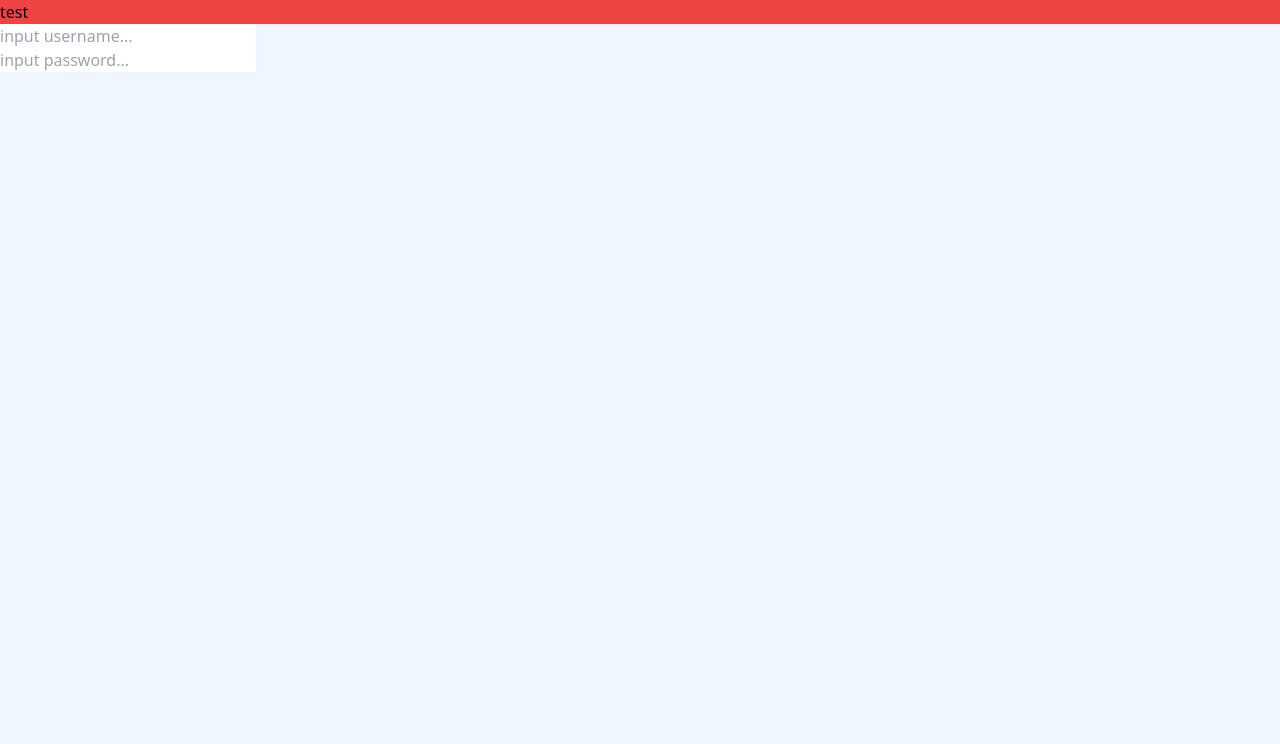
Repository: HAONANTAO/MERN_chat_app
Page: / (app in client/)
An editor plug-in stored every save of this project. The page is shown before and after the next save, followed by the edit.
The browser window is 1280 px wide. The pictures show the whole page.
The project was rebuilt for these pictures with package versions that can differ from the ones it lists, and the page was loaded fresh each time. Also part of the build but not shown: client/vite.config.js.

Above is the page before, as saved 2024-03-18 15:24:54.

### client/src/App.jsx
import Register from "./Register";

function App() {
  return (
    <>
      <div className="bg-red-500">test</div>
      <Register></Register>
    </>
  );
}

export default App;

### client/src/Register.jsx
import React from "react";

const Register = () => {
  return (
    <div className="bg-blue-50 h-screen">
      <form className="w-64">
        <input
          type="text"
          placeholder="input username..."
          className="block w-full"></input>
        <input
          type="password"
          placeholder="input password..."
          className="block w-full"></input>
      </form>
    </div>
  );
};

export default Register;

### client/tailwind.config.js
/** @type {import('tailwindcss').Config} */
export default {
  content: ["./src/*.jsx"],
  theme: {
    extend: {},
  },
  plugins: [],
};

Loaded but not shown: client/index.html (common file); client/src/main.jsx (common file); client/src/index.css (common file)

After the next save:
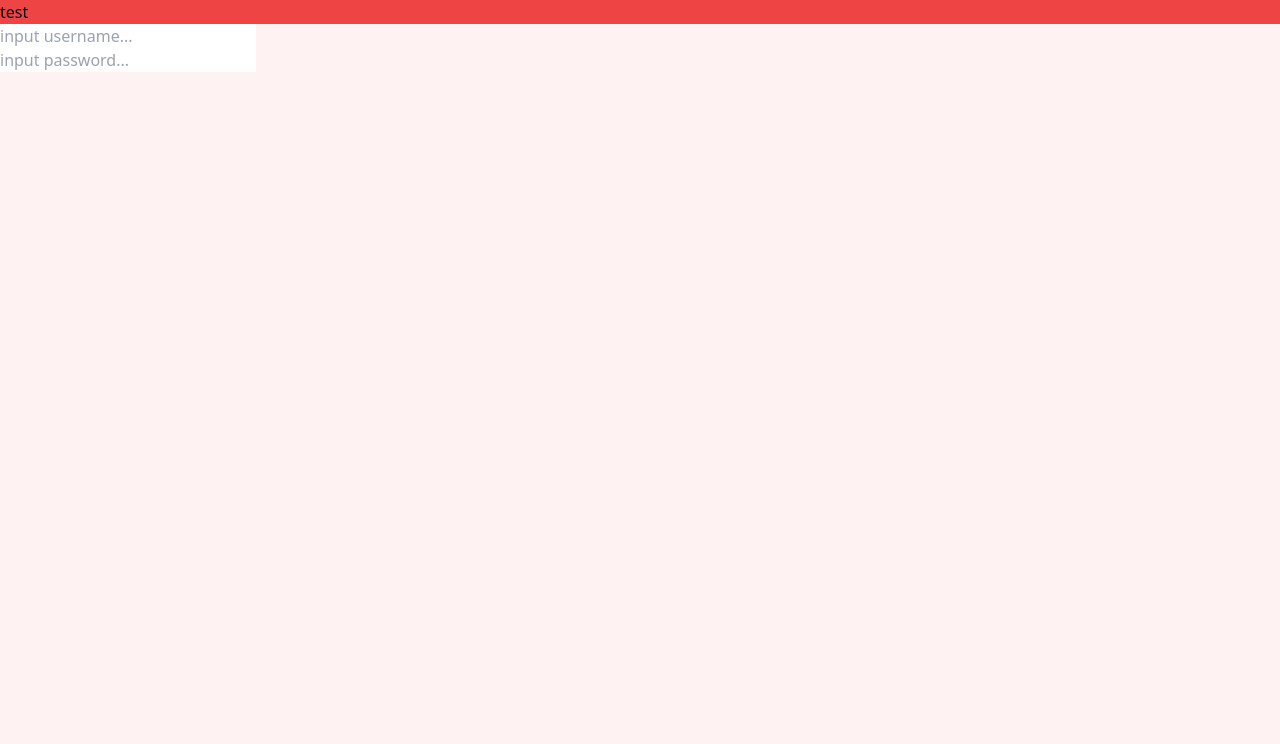
Saved 11 s later.
--- a/client/src/Register.jsx
+++ b/client/src/Register.jsx
@@ -2,7 +2,7 @@ import React from "react";
 
 const Register = () => {
   return (
-    <div className="bg-blue-50 h-screen">
+    <div className="bg-red-50 h-screen">
       <form className="w-64">
         <input
           type="text"
